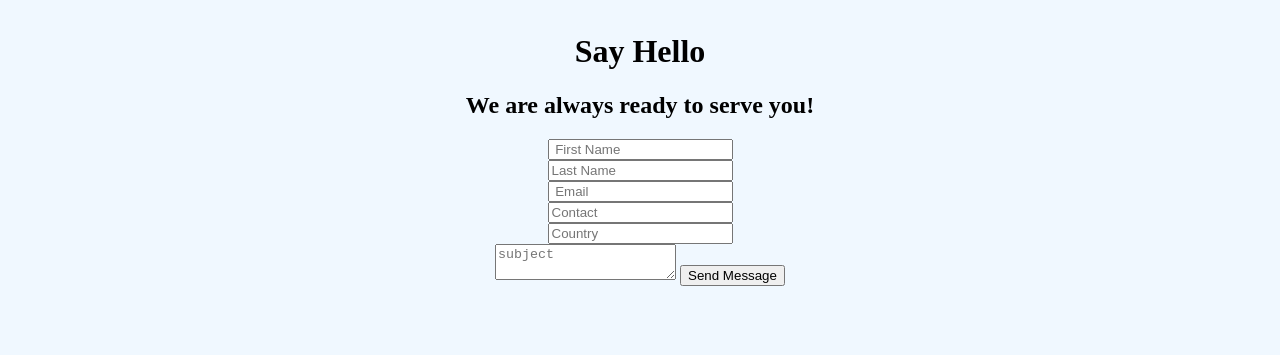
Repository: Owusuharriet/HW1-HAMAH.index.html
Page: index.htm
The author's editor kept a copy of each file at every save. The page is drawn from the files as they stood at one save, then again after a run of saves.
The browser window is 1280 px wide. The pictures show the whole page.

Above is the page before, as saved 2020-08-03 23:08:22.

### index.htm
<!DOCTYPE html>
<html lang="en">
<head>
    <meta charset="UTF-8">
    <meta name="viewport" content="width=device-width, initial-scale=1.0">
    <link rel="stylesheet" href="./style.css">
    <title>Contact Form</title>
</head>
<body>
    <div class="contact-title">
        <h1>Say Hello</h1>
        <h2>We are always ready to serve you!</h2>
    </div>

    <form class="contact-form">
        <from id="contact-form" method="post" action="">
        <input name="name" type="text" class="form-control" placeholder=" First Name" required>
        <br>
        <input name="name" type="text" class="form-control" placeholder="Last Name" required>
        <br>
        <input name="emial" type="email" class="form-control" placeholder=" Email"required>
        <br>
        <input name="contact" type="contact" class="form-control" placeholder="Contact" required>
        <br>
        <input name="Country" type="country" class="form-control" placeholder="Country" required>
        <br>
        <textarea name="subject" type="subject" class="form-control" placeholder="subject" required></textarea>

        <input type="submit" class="form-center submit" value="Send Message">
    </form>


    </div>


</body>
</html>

### style.css
body{
    margin: 6px;
    padding: 6px;
    text-align: center;
    background-color: aliceblue;

    background-size: cover;
    background-position: center;

}
.content-title{
    margin-top: 100px;
    color: rgb(43, 36, 36);
    text-transform: uppercase;
    transition: all 2 ease-in-out;

}
.content-title h1{
    font-size: 32px;
    line-height: 10px;
}

.content-title h2{
    font-size: 10px;
}

form{
    margin-top: ;
}

After the next 2 saves:
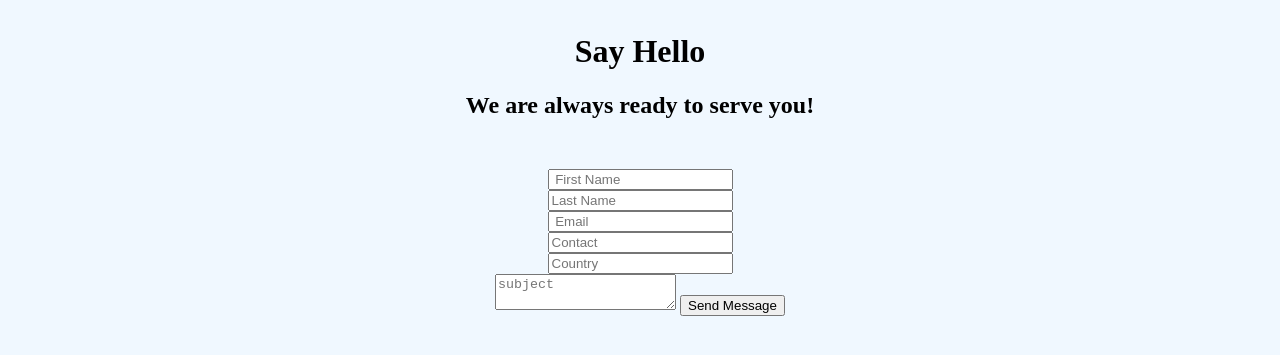
The 2 saves are shown as one change because they came seconds apart.
The last was saved 10 s later.
--- a/style.css
+++ b/style.css
@@ -25,5 +25,6 @@ body{
 }
 
 form{
-    margin-top: ;
+    margin-top: 50px;
+
 }
